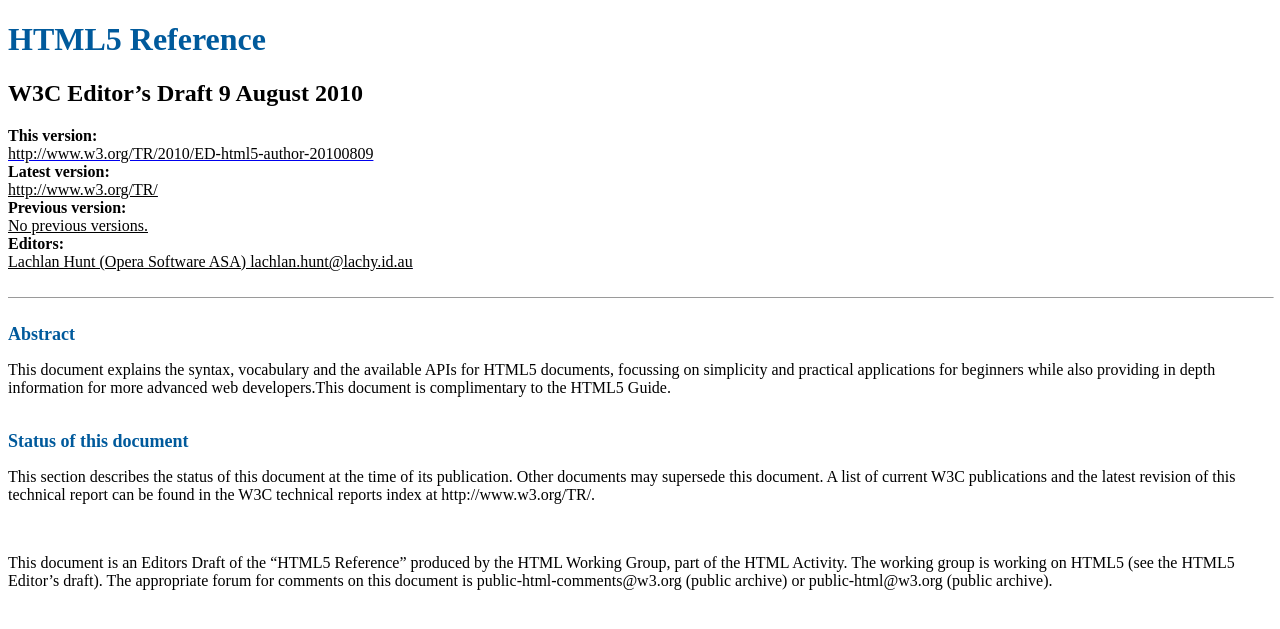
Repository: Hwang-97/HhwDesktop
Page: client/ClientTest/src/main/webapp/html/question/list/q1.html
An editor plug-in stored every save of this project. The page is shown before and after the next save, followed by the edit.
The browser window is 1280 px wide. The pictures show the whole page.

Above is the page before, as saved 2021-12-09 10:57:11.

### client/ClientTest/src/main/webapp/html/question/list/q1.html
<!DOCTYPE html>
<html>
<head>
<meta charset="UTF-8">
<title>Q1</title>
</head>
<body>
<h1><font color = "005A9C">HTML5 Reference</font></h1>
<h2>W3C Editor’s Draft 9 August 2010</h2>
<strong>This version:</strong><br>
<a href="http://www.w3.org/TR/2010/ED-html5-author-20100809">
<font color ="000000">http://www.w3.org/TR/2010/ED-html5-author-20100809
</font>
</a><br>

<strong>Latest version:</strong><br>
<a href="http://www.w3.org/TR/">
<font color ="000000"><u>http://www.w3.org/TR/</u></font>
</a><br>

<strong>Previous version:</strong><br>
<a href="No previous versions.">
<font color ="000000"><u>No previous versions.</u></font>
</a><br>

<strong>Editors:</strong><br>
<a href="Lachlan Hunt (Opera Software ASA) lachlan.hunt@lachy.id.au">
<font color ="000000"><u>Lachlan Hunt (Opera Software ASA) lachlan.hunt@lachy.id.au</u></font>
</a><br><br>

<hr size ="1" width="100%"><br>

<font color = "005A9C" size ="4"><b>Abstract</b></font><br>
<p>This document explains the syntax, vocabulary and the available APIs for HTML5 documents, focussing on simplicity and practical applications for beginners while also providing in depth information for more advanced web developers.This document is complimentary to the HTML5 Guide.</p><br>

<font color = "005A9C" size ="4"><b>Status of this document</b></font><br>
<p>This section describes the status of this document at the time of its publication. Other documents may supersede this document. A list of current W3C publications and the latest revision of this technical report can be found in the W3C technical reports index at http://www.w3.org/TR/.</p><br>
<p>This document is an Editors Draft of the “HTML5 Reference” produced by the HTML Working Group, part of the HTML Activity. The working group is working on HTML5 (see the HTML5 Editor’s draft). The appropriate forum for comments on this document is public-html-comments@w3.org (public archive) or public-html@w3.org (public archive).</p><br>


</body>
</html>

After the next save:
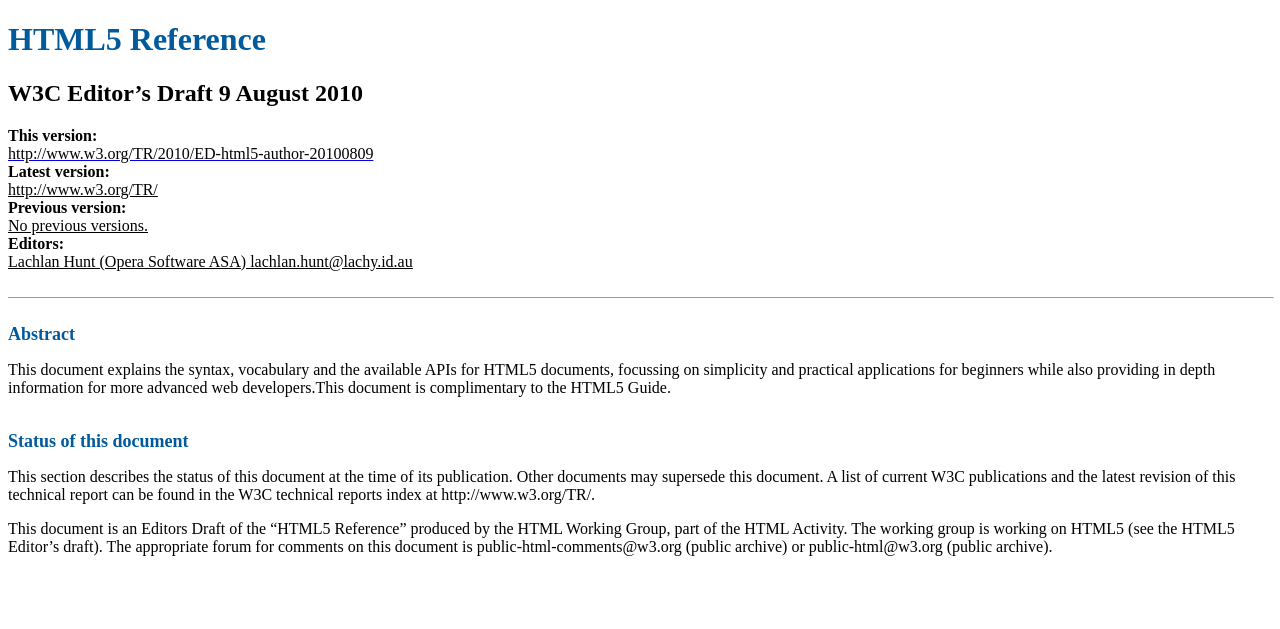
Saved 28 s later.
--- a/client/ClientTest/src/main/webapp/html/question/list/q1.html
+++ b/client/ClientTest/src/main/webapp/html/question/list/q1.html
@@ -34,8 +34,8 @@
 <p>This document explains the syntax, vocabulary and the available APIs for HTML5 documents, focussing on simplicity and practical applications for beginners while also providing in depth information for more advanced web developers.This document is complimentary to the HTML5 Guide.</p><br>
 
 <font color = "005A9C" size ="4"><b>Status of this document</b></font><br>
-<p>This section describes the status of this document at the time of its publication. Other documents may supersede this document. A list of current W3C publications and the latest revision of this technical report can be found in the W3C technical reports index at http://www.w3.org/TR/.</p><br>
-<p>This document is an Editors Draft of the “HTML5 Reference” produced by the HTML Working Group, part of the HTML Activity. The working group is working on HTML5 (see the HTML5 Editor’s draft). The appropriate forum for comments on this document is public-html-comments@w3.org (public archive) or public-html@w3.org (public archive).</p><br>
+<p>This section describes the status of this document at the time of its publication. Other documents may supersede this document. A list of current W3C publications and the latest revision of this technical report can be found in the W3C technical reports index at http://www.w3.org/TR/.</p>
+<p>This document is an Editors Draft of the “HTML5 Reference” produced by the HTML Working Group, part of the HTML Activity. The working group is working on HTML5 (see the HTML5 Editor’s draft). The appropriate forum for comments on this document is public-html-comments@w3.org (public archive) or public-html@w3.org (public archive).</p>
 
 
 </body>
